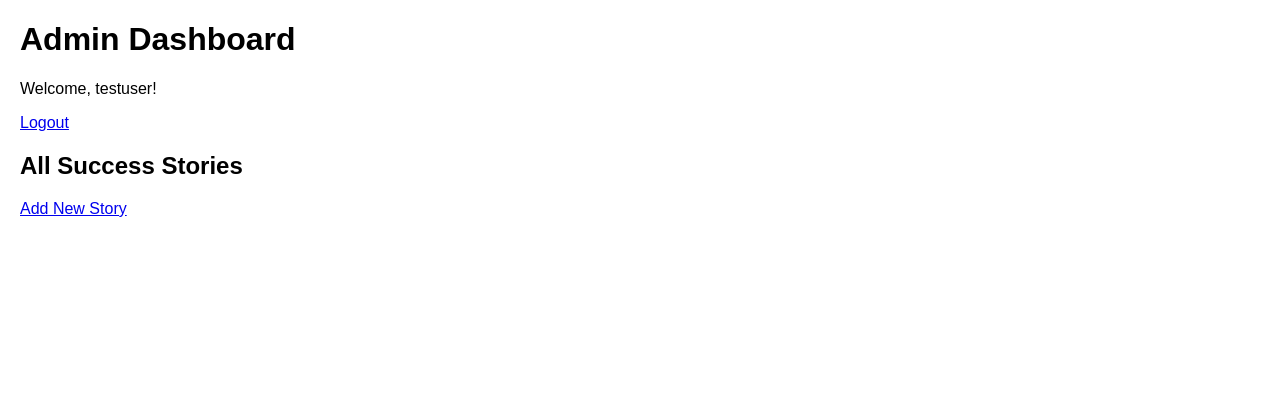
Repository: omas1st/stories
Page: http://localhost/admin/dashboard
The author's editor kept a copy of each file at every save. The page is drawn from the files as they stood at one save, then again after the next save.
The browser window is 1280 px wide. The pictures show the whole page.
The page is served by the project's Node server (server.js). A made-up user is signed in: {"id": 1, "_id": "000000000000000000000001", "name": "Test User", "username": "testuser", "email": "test@example.com", "role": "admin"}. The session is filled in as if someone had signed in: {"user": "testuser"}. Queries for data that is not in the repository find no rows.

Above is the page before, as saved 2025-04-06 15:31:31.

After the next save:
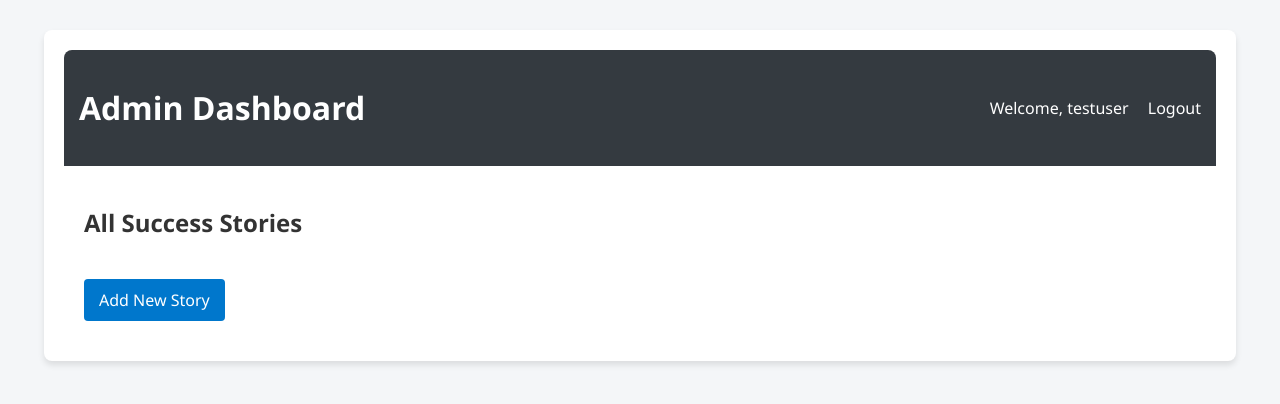
Saved 18 s later.
--- a/views/admin_dashboard.ejs
+++ b/views/admin_dashboard.ejs
@@ -3,27 +3,34 @@
 <head>
   <meta charset="UTF-8">
   <title>Admin Dashboard</title>
-  <style>
-    body { font-family: Arial, sans-serif; margin: 20px; }
-    ul { list-style-type: none; padding: 0; }
-    li { margin-bottom: 10px; }
-    a { margin-right: 10px; }
-  </style>
+  <link rel="stylesheet" href="/css/styles.css">
 </head>
 <body>
-  <h1>Admin Dashboard</h1>
-  <p>Welcome, <%= session.user %>!</p>
-  <a href="/admin/logout">Logout</a>
-  <h2>All Success Stories</h2>
-  <ul>
-    <% stories.forEach(story => { %>
-      <li>
-        <strong><%= story.name %></strong> - <%= story.gmail %> - <%= story.successStory %>
-        [<a href="/admin/edit/<%= story._id %>">Edit</a>]
-        [<a href="/admin/delete/<%= story._id %>" onclick="return confirm('Are you sure you want to delete this story?');">Delete</a>]
-      </li>
-    <% }) %>
-  </ul>
-  <a href="/admin/add">Add New Story</a>
+  <div class="container">
+    <div class="admin-header">
+      <h1>Admin Dashboard</h1>
+      <div>
+        <span>Welcome, <%= session.user %></span>
+        <a href="/admin/logout">Logout</a>
+      </div>
+    </div>
+    <div class="admin-container">
+      <h2>All Success Stories</h2>
+      <ul class="dashboard-list">
+        <% stories.forEach(story => { %>
+          <li>
+            <div>
+              <strong><%= story.name %></strong> - <%= story.gmail %> - <%= story.successStory %>
+            </div>
+            <div>
+              <a href="/admin/edit/<%= story._id %>">Edit</a>
+              <a href="/admin/delete/<%= story._id %>" onclick="return confirm('Are you sure you want to delete this story?');">Delete</a>
+            </div>
+          </li>
+        <% }) %>
+      </ul>
+      <a href="/admin/add" style="display:inline-block; margin-top:20px; background:#0077cc; padding:10px 15px; color:#fff; border-radius:4px; text-decoration:none;">Add New Story</a>
+    </div>
+  </div>
 </body>
 </html>
